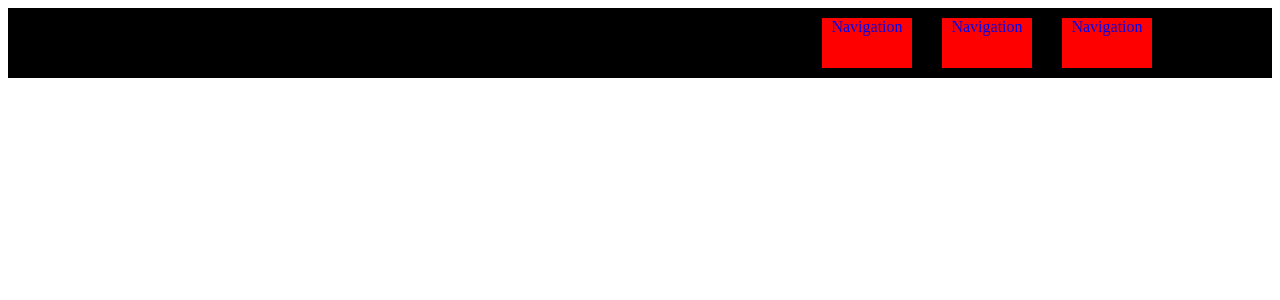
Repository: piotrokrutniak/Projekt-Studia
Page: index.html
These files come from the project's save history. The page is drawn as it stood at one moment and after the next save; the edit follows.
The browser window is 1280 px wide. The pictures show the whole page.

Above is the page before, as saved 2023-03-04 02:44:24.

After the next save:
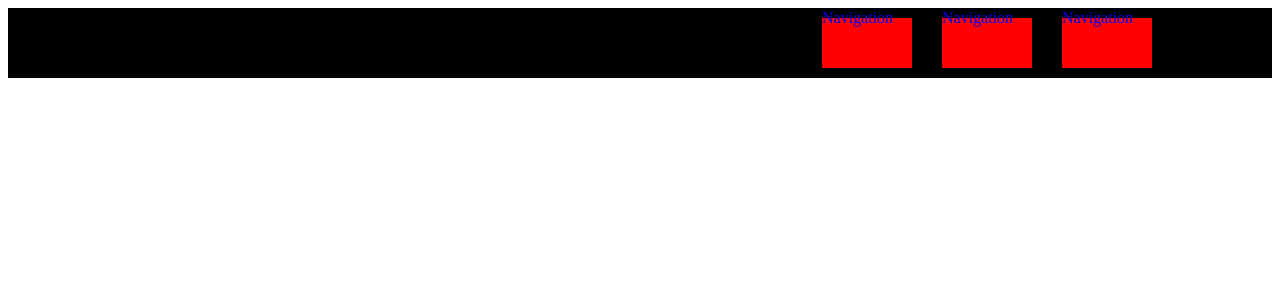
Saved 15 s later.
--- a/styles.css
+++ b/styles.css
@@ -45,8 +45,9 @@ a{
 }
 
 .navigation-button{
-    text-align: center;
-    align-content: center;
+    top: 50%;
+    -ms-transform: translateY(-50%);
+    transform: translateY(-50%);
 }
 
 .logo{
